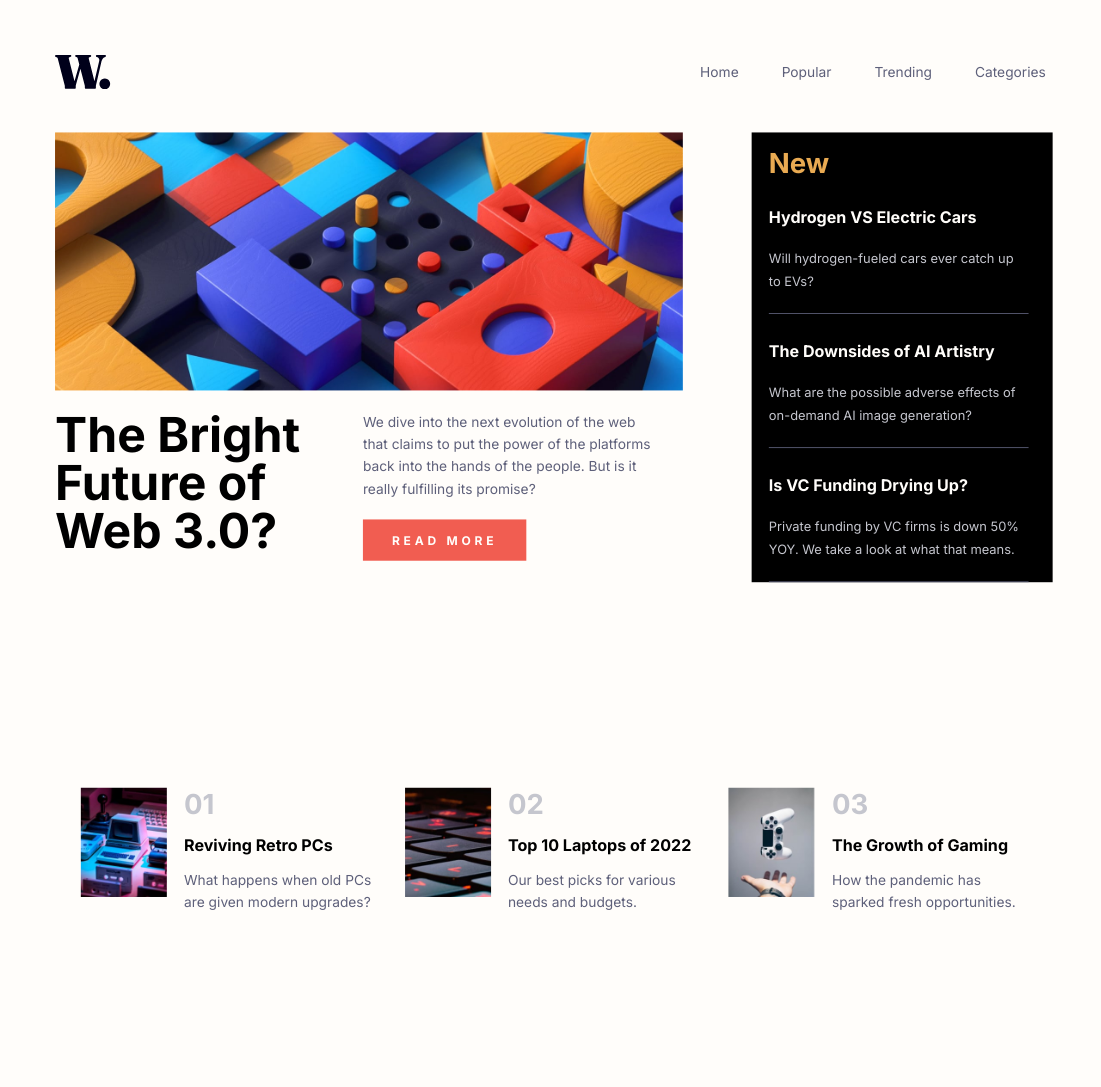
Repository: Arkitecth/news-webpage
Page: index.html
An editor plug-in stored every save of this project. The page is shown before and after the next save, followed by the edit.
The browser window is 1280 px wide. The pictures show the whole page, at 86% of full size.

Above is the page before, as saved 2023-06-07 21:32:31.

After the next save:
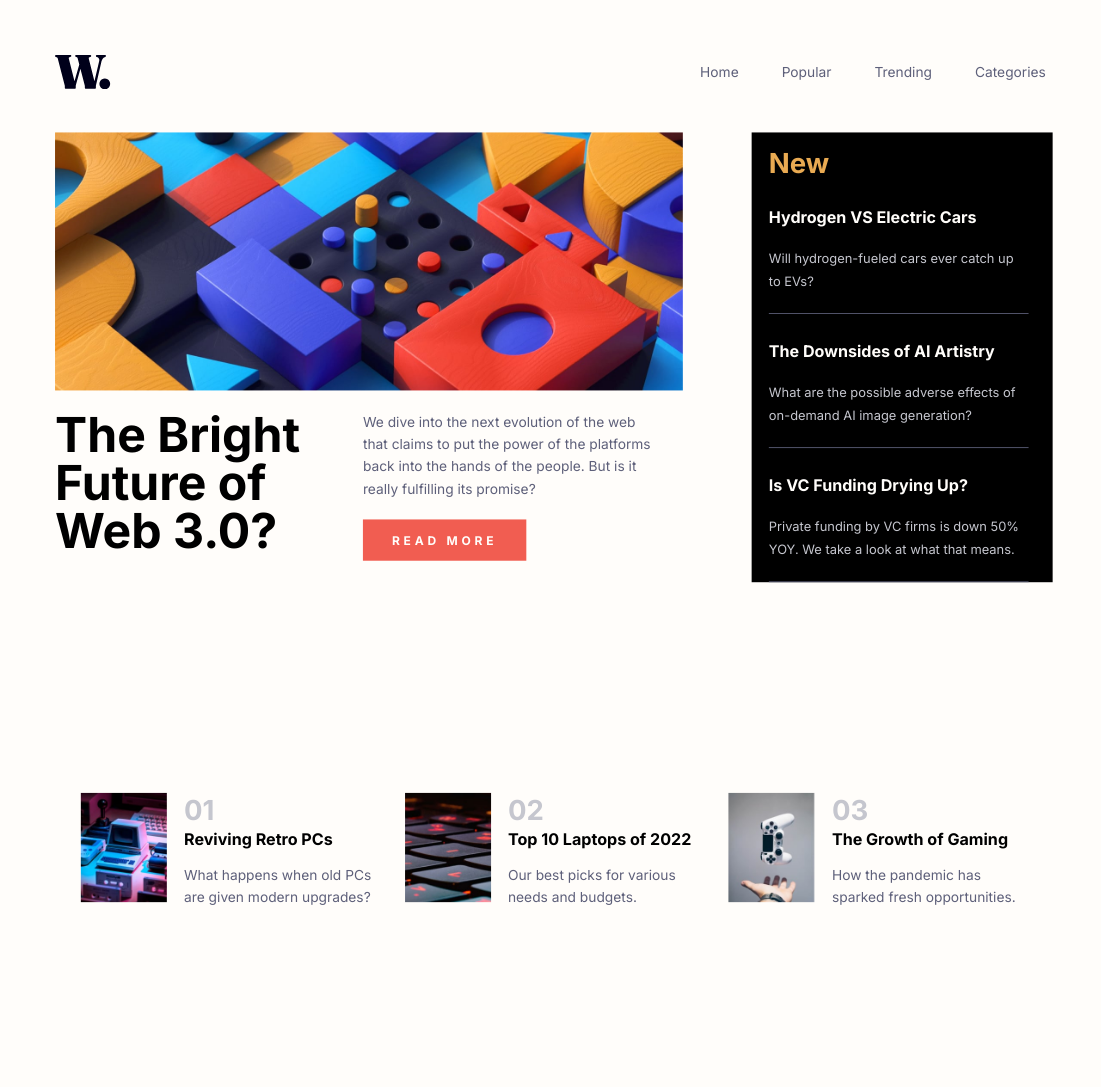
Saved 6 s later.
--- a/style.css
+++ b/style.css
@@ -176,7 +176,7 @@
 .game-content h2 {
     color: #C5C6CE;
     font-size: 2rem;
-    padding-bottom: 1rem
+    padding-bottom: 0.25rem;
 }
 
 .game-content h3 {
